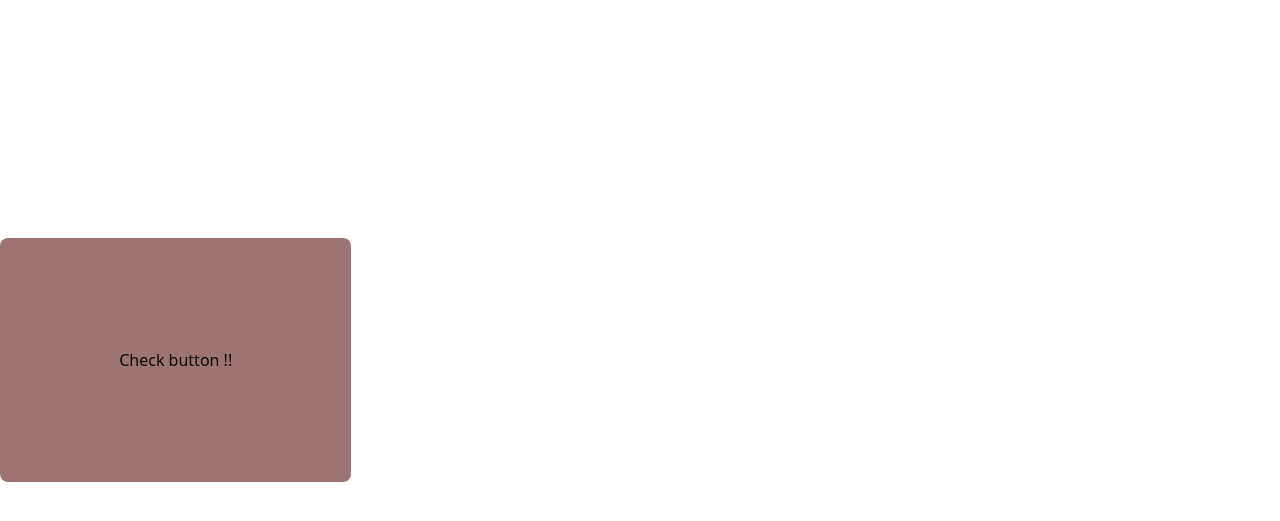
Repository: lowfel1/lms_projet
Page: / (app in client_side/)
An editor plug-in stored every save of this project. The page is shown before and after the next save, followed by the edit.
The browser window is 1280 px wide. The pictures show the whole page.
The project was rebuilt for these pictures with package versions that can differ from the ones it lists, and the page was loaded fresh each time. Also part of the build but not shown: client_side/vite.config.js.

Above is the page before, as saved 2025-05-10 22:20:38.

### client_side/src/index.css
@import "tw-animate-css";

@tailwind base;
@tailwind components;
@tailwind utilities;

:root {
  font-family: system-ui, Avenir, Helvetica, Arial, sans-serif;
  line-height: 1.5;
  font-weight: 400;

  color-scheme: light dark;
  color: rgba(255, 255, 255, 0.87);
  background-color: #242424;

  font-synthesis: none;
  text-rendering: optimizeLegibility;
  -webkit-font-smoothing: antialiased;
  -moz-osx-font-smoothing: grayscale;

  --radius: 0.625rem;
  --background: oklch(1 0 0);
  --foreground: oklch(0.145 0 0);
  --card: oklch(1 0 0);
  --card-foreground: oklch(0.145 0 0);
  --popover: oklch(1 0 0);
  --popover-foreground: oklch(0.145 0 0);
  --primary: oklch(0.205 0 0);
  --primary-foreground: oklch(0.985 0 0);
  --secondary: oklch(0.97 0 0);
  --secondary-foreground: oklch(0.205 0 0);
  --muted: oklch(0.97 0 0);
  --muted-foreground: oklch(0.556 0 0);
  --accent: oklch(0.97 0 0);
  --accent-foreground: oklch(0.205 0 0);
  --destructive: oklch(0.577 0.245 27.325);
  --border: oklch(0.922 0 0);
  --input: oklch(0.922 0 0);
  --ring: oklch(0.708 0 0);

  --chart-1: oklch(0.646 0.222 41.116);
  --chart-2: oklch(0.6 0.118 184.704);
  --chart-3: oklch(0.398 0.07 227.392);
  --chart-4: oklch(0.828 0.189 84.429);
  --chart-5: oklch(0.769 0.188 70.08);

  --sidebar: oklch(0.985 0 0);
  --sidebar-foreground: oklch(0.145 0 0);
  --sidebar-primary: oklch(0.205 0 0);
  --sidebar-primary-foreground: oklch(0.985 0 0);
  --sidebar-accent: oklch(0.97 0 0);
  --sidebar-accent-foreground: oklch(0.205 0 0);
  --sidebar-border: oklch(0.922 0 0);
  --sidebar-ring: oklch(0.708 0 0);
}

a {
  font-weight: 500;
  color: #646cff;
  text-decoration: inherit;
}
a:hover {
  color: #535bf2;
}

body {
  margin: 0;
  display: flex;
  place-items: center;
  min-width: 320px;
  min-height: 100vh;
}

h1 {
  font-size: 3.2em;
  line-height: 1.1;
}

button {
  border-radius: 8px;
  border: 100px solid transparent;
  padding: 0.6em 1.2em;
  font-size: 1em;
  font-weight: 500;
  font-family: inherit;
  background-color: #1a1a1a;
  cursor: pointer;
  transition: border-color 0.25s;
}
button:hover {
  border-color: #646cff;
}
button:focus,
button:focus-visible {
  outline: 4px auto -webkit-focus-ring-color;
}

@media (prefers-color-scheme: light) {
  :root {
    color: #213547;
    background-color: #ffffff;
  }
  a:hover {
    color: #7b7d9e;
  }
  button {
    background-color: #9e7373;
  }
}

.inline-theme {
  --radius-sm: calc(var(--radius) - 4px);
  --radius-md: calc(var(--radius) - 2px);
  --radius-lg: var(--radius);
  --radius-xl: calc(var(--radius) + 4px);

  --color-background: var(--background);
  --color-foreground: var(--foreground);
  --color-card: var(--card);
  --color-card-foreground: var(--card-foreground);
  --color-popover: var(--popover);
  --color-popover-foreground: var(--popover-foreground);
  --color-primary: var(--primary);
  --color-primary-foreground: var(--primary-foreground);
  --color-secondary: var(--secondary);
  --color-secondary-foreground: var(--secondary-foreground);
  --color-muted: var(--muted);
  --color-muted-foreground: var(--muted-foreground);
  --color-accent: var(--accent);
  --color-accent-foreground: var(--accent-foreground);
  --color-destructive: var(--destructive);
  --color-border: var(--border);
  --color-input: var(--input);
  --color-ring: var(--ring);
  --color-chart-1: var(--chart-1);
  --color-chart-2: var(--chart-2);
  --color-chart-3: var(--chart-3);
  --color-chart-4: var(--chart-4);
  --color-chart-5: var(--chart-5);
  --color-sidebar: var(--sidebar);
  --color-sidebar-foreground: var(--sidebar-foreground);
  --color-sidebar-primary: var(--sidebar-primary);
  --color-sidebar-primary-foreground: var(--sidebar-primary-foreground);
  --color-sidebar-accent: var(--sidebar-accent);
  --color-sidebar-accent-foreground: var(--sidebar-accent-foreground);
  --color-sidebar-border: var(--sidebar-border);
  --color-sidebar-ring: var(--sidebar-ring);
}

.dark {
  --background: oklch(0.145 0 0);
  --foreground: oklch(0.985 0 0);
  --card: oklch(0.205 0 0);
  --card-foreground: oklch(0.985 0 0);
  --popover: oklch(0.205 0 0);
  --popover-foreground: oklch(0.985 0 0);
  --primary: oklch(0.922 0 0);
  --primary-foreground: oklch(0.205 0 0);
  --secondary: oklch(0.269 0 0);
  --secondary-foreground: oklch(0.985 0 0);
  --muted: oklch(0.269 0 0);
  --muted-foreground: oklch(0.708 0 0);
  --accent: oklch(0.269 0 0);
  --accent-foreground: oklch(0.985 0 0);
  --destructive: oklch(0.704 0.191 22.216);
  --border: oklch(1 0 0 / 10%);
  --input: oklch(1 0 0 / 15%);
  --ring: oklch(0.556 0 0);

  --chart-1: oklch(0.488 0.243 264.376);
  --chart-2: oklch(0.696 0.17 162.48);
  --chart-3: oklch(0.769 0.188 70.08);
  --chart-4: oklch(0.627 0.265 303.9);
  --chart-5: oklch(0.645 0.246 16.439);

  --sidebar: oklch(0.205 0 0);
  --sidebar-foreground: oklch(0.985 0 0);
  --sidebar-primary: oklch(0.488 0.243 264.376);
  --sidebar-primary-foreground: oklch(0.985 0 0);
  --sidebar-accent: oklch(0.269 0 0);
  --sidebar-accent-foreground: oklch(0.985 0 0);
  --sidebar-border: oklch(1 0 0 / 10%);
  --sidebar-ring: oklch(0.556 0 0);
}

@layer base {
  * {
    border: var(--border);
    outline: 50% solid var(--ring);
  }

  body {
    background-color: var(--background);
    color: var(--foreground);
    -webkit-font-smoothing: antialiased;
    -moz-osx-font-smoothing: grayscale;
  }
}

### client_side/src/App.jsx

import { Button } from './components/ui/button'

function App() {

  return (
    <>
    <Button className="bg-red-700"> Check button !!</Button>
    </>
  )
}

export default App

### client_side/src/components/ui/button.jsx
import * as React from "react"
import { Slot } from "@radix-ui/react-slot"
import { cva } from "class-variance-authority";
import { cn } from "@/lib/utils"

const buttonVariants = cva(
  "inline-flex items-center justify-center gap-2 whitespace-nowrap rounded-md text-sm font-medium transition-colors focus-visible:outline-none focus-visible:ring-1 focus-visible:ring-ring disabled:pointer-events-none disabled:opacity-50 [&_svg]:pointer-events-none [&_svg]:size-4 [&_svg]:shrink-0",
  {
    variants: {
      variant: {
        default:
          "bg-primary text-primary-foreground shadow hover:bg-primary/90",
        destructive:
          "bg-destructive text-destructive-foreground shadow-sm hover:bg-destructive/90",
        outline:
          "border border-input bg-background shadow-sm hover:bg-accent hover:text-accent-foreground",
        secondary:
          "bg-secondary text-secondary-foreground shadow-sm hover:bg-secondary/80",
        ghost: "hover:bg-accent hover:text-accent-foreground",
        link: "text-primary underline-offset-4 hover:underline",
      },
      size: {
        default: "h-9 px-4 py-2",
        sm: "h-8 rounded-md px-3 text-xs",
        lg: "h-10 rounded-md px-8",
        icon: "h-9 w-9",
      },
    },
    defaultVariants: {
      variant: "default",
      size: "default",
    },
  }
)

const Button = React.forwardRef(({ className, variant, size, asChild = false, ...props }, ref) => {
  const Comp = asChild ? Slot : "button"
  return (
    <Comp
      className={cn(buttonVariants({ variant, size, className }))}
      ref={ref}
      {...props} />
  );
})
Button.displayName = "Button"

export { Button}

### client_side/src/lib/utils.jsx
import { clsx } from "clsx"
import { twMerge } from "tailwind-merge"

// Fusionne proprement les classes CSS avec Tailwind
export function cn(...inputs) {
  return twMerge(clsx(...inputs))
}

### client_side/tailwind.config.js
/** @type {import('tailwindcss').Config} */
export default {
  content: ["./src/**/*.{html,js,css}"],
  theme: {
    extend: {},
  },
  plugins: [],
}

Loaded but not shown: client_side/index.html (common file); client_side/src/main.jsx (common file)

After the next save:
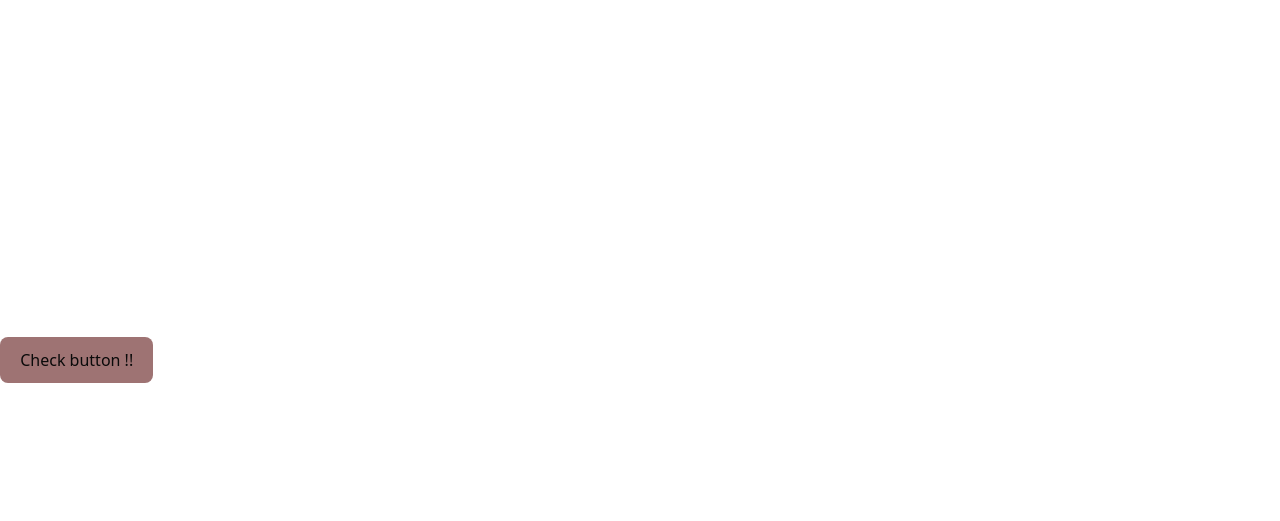
Saved 11 s later.
--- a/client_side/src/index.css
+++ b/client_side/src/index.css
@@ -78,7 +78,7 @@ h1 {
 
 button {
   border-radius: 8px;
-  border: 100px solid transparent;
+  border: 1px solid transparent;
   padding: 0.6em 1.2em;
   font-size: 1em;
   font-weight: 500;
